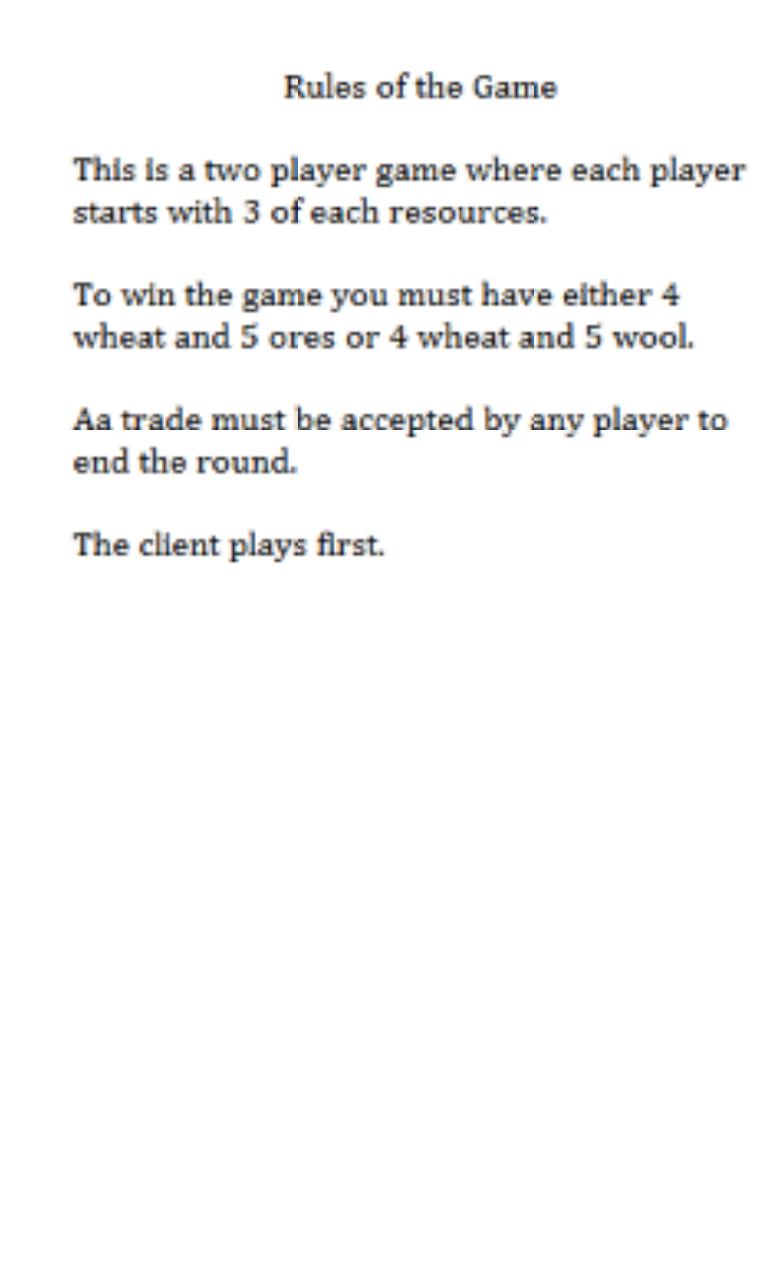
Repository: nidafarooqui/Trading-Game-Version-3
Layout: TaikunServer/res/layout/activity_help_one.xml
The author's editor kept a copy of each file at every save. The layout is drawn from the files as they stood at one save, then again after the next save.
It is drawn on a 768 x 1280 px phone screen (xhdpi) without system bars, with theme AppTheme; the app's code is not run.

Above is the layout before, as saved 2014-08-14 05:01:47.

After the next save:
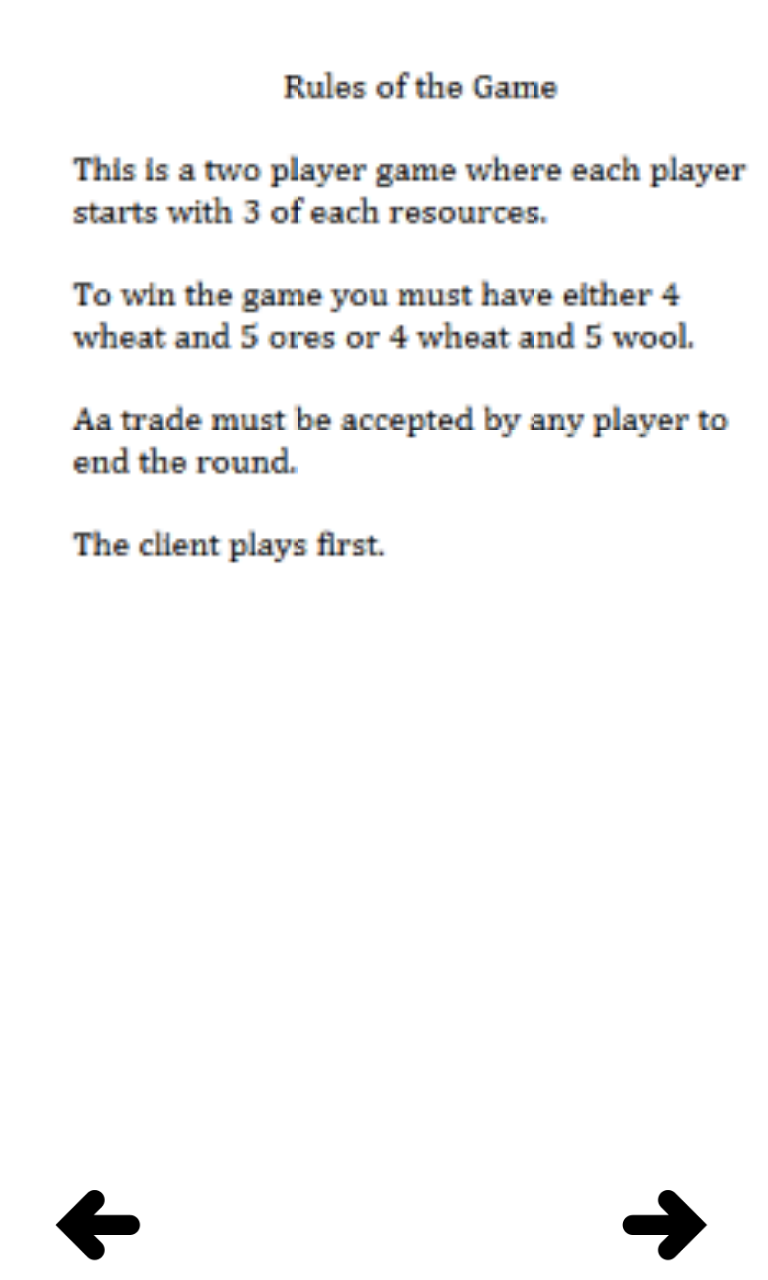
Saved 11 min 30 s later.
--- a/TaikunServer/res/layout/activity_help_one.xml
+++ b/TaikunServer/res/layout/activity_help_one.xml
@@ -16,4 +16,23 @@
         android:scaleType="fitStart"
         android:src="@drawable/help1" />
 
+    <ImageButton
+        android:id="@+id/imageButton1"
+        android:layout_width="100dp"
+        android:layout_height="60dp"
+        android:layout_alignParentBottom="true"
+        android:layout_alignParentRight="true"
+        android:background="@android:color/transparent"
+        android:scaleType="centerInside"
+        android:src="@drawable/arrow_right_thick" />
+
+    <ImageView
+        android:id="@+id/imageView2"
+        android:layout_width="100dp"
+        android:layout_height="60dp"
+        android:layout_alignParentBottom="true"
+        android:layout_alignParentLeft="true"
+        android:scaleType="centerInside"
+        android:src="@drawable/arrow_left_thick" />
+
 </RelativeLayout>
